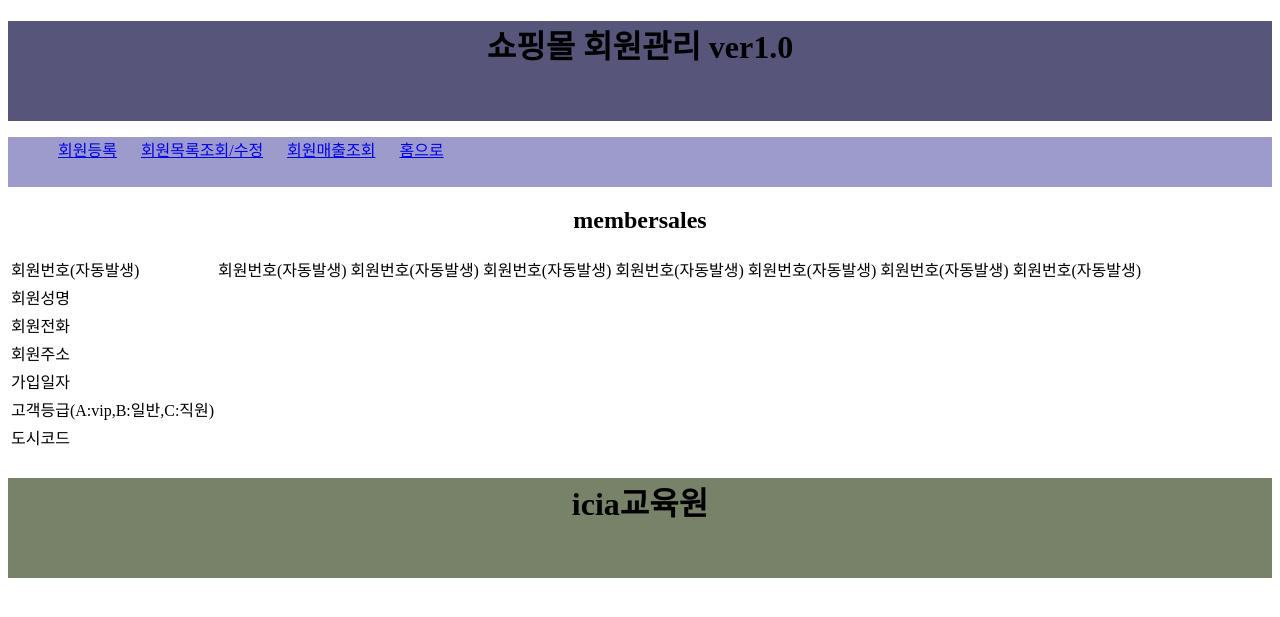
Repository: Kim-seongjun/javastudy2
Page: http://localhost/back_end_test/membersales
These files come from the project's save history. The page is drawn as it stood at one moment and after the next save; the edit follows.
The browser window is 1280 px wide. The pictures show the whole page.
The page is served by Tomcat 9. Other server files are loaded and not shown.

Above is the page before, as saved 2020-01-22 05:57:35.

### back_end_test/WebContent/membersales.jsp
<%@ page language="java" contentType="text/html; charset=UTF-8"
    pageEncoding="UTF-8"%>
<!DOCTYPE html>
<html>
<head>
<meta charset="UTF-8">
<title>Insert title here</title>
<style>
#header {
	background-color: #58557A;
	text-align: center;
	height: 100px;
}
#nav {
	background-color: #9D9BCC;
	height: 50px;
}
#footer {
	text-align: center;
	background-color: #778268;
	height: 100px;
}
</style>
</head>
<body>

<header>
		<div id="header">
			<jsp:include page="header.jsp" />
		</div>
	</header>
	<nav>
		<div id="nav">
			<jsp:include page="nav.jsp" />
		</div>
	</nav>
	<section>
		<div>
			<h1 style="text-align: center;">membersales</h1>
		</div>
		<div id="div_join">
			<form action="#">
				<table>
					<tr>
						<td>회원번호(자동발생)</td>
						<td>회원번호(자동발생)</td>
						<td>회원번호(자동발생)</td>
						<td>회원번호(자동발생)</td>
						<td>회원번호(자동발생)</td>
						<td>회원번호(자동발생)</td>
						<td>회원번호(자동발생)</td>
						<td>회원번호(자동발생)</td>
					</tr>
					<tr>
						<td>회원성명</td>
					</tr>
					<tr>
						<td>회원전화</td>
						<td></td>
					</tr>
					<tr>
						<td>회원주소</td>
					</tr>
					<tr>
						<td>가입일자</td>
					</tr>
					<tr>
						<td>고객등급(A:vip,B:일반,C:직원)</td>
					</tr>
					<tr>
						<td>도시코드</td>
					</tr>
					<tr>
						<td ></td>
					</tr>
				</table>
			</form>
		</div>
	</section>
	<footer>
		<div id="footer">
			<jsp:include page="footer.jsp" />
		</div>
	</footer>
</body>
</html>

### back_end_test/WebContent/header.jsp
<%@ page language="java" contentType="text/html; charset=UTF-8"
	pageEncoding="UTF-8"%>
<!DOCTYPE html>
<html>
<head>
<meta charset="UTF-8">
<title>Insert title here</title>
<style>
</style>
</head>
<body>
<h1>쇼핑몰 회원관리 ver1.0</h1>
</body>
</html>

### back_end_test/WebContent/nav.jsp
<%@ page language="java" contentType="text/html; charset=UTF-8"
    pageEncoding="UTF-8"%>
<!DOCTYPE html>
<html>
<head>
<meta charset="UTF-8">
<title>Insert title here</title>

</head>
<style>
ul li {
	list-style-type: none;
	display: inline;
	margin: 0px 10px;
}
</style>
<body>
   <div id="div_nav">
      <ul id="list">
         <li><a href="Joinfrm">회원등록</a></li>
         <li><a href="memberlist">회원목록조회/수정</a></li>
         <li><a href="membersales">회원매출조회</a></li>
         <li><a href="index">홈으로</a></li>
      </ul>
   </div>
</body>
</html>

### back_end_test/WebContent/footer.jsp
<%@ page language="java" contentType="text/html; charset=UTF-8"
	pageEncoding="UTF-8"%>
<!DOCTYPE html>
<html>
<head>
<meta charset="UTF-8">
<title>Insert title here</title>
</head>
<body>
	<h1>icia교육원</h1>
</body>
</html>

### back_end_test/src/com/icia/open/Controller/Home.java
package com.icia.open.Controller;

import java.io.IOException;

import javax.servlet.RequestDispatcher;
import javax.servlet.ServletException;
import javax.servlet.annotation.WebServlet;
import javax.servlet.http.HttpServlet;
import javax.servlet.http.HttpServletRequest;
import javax.servlet.http.HttpServletResponse;

import com.icia.open.Bean.Forward;
import com.icia.open.DAO.MemberDao;
import com.icia.open.service.MemberMM;

/**
 * Servlet implementation class Home
 */

@WebServlet({ "/Joinfrm","/memberlist","/membersales","/index" })

public class Home extends HttpServlet {
	private static final long serialVersionUID = 1L;

	protected void doProcess(HttpServletRequest request, HttpServletResponse response)
			throws ServletException, IOException {
		request.setCharacterEncoding("utf-8");
		String cmd = request.getServletPath();
		System.out.println("cmd = " + cmd);
		Forward fw = new Forward();
		MemberMM mm = new MemberMM(request, response);
		MemberDao md = new MemberDao();

		switch (cmd) {
		case "/Joinfrm":
			fw = mm.Joinfrm();
			break;
		case "/index":
			fw = mm.index();
			break;
		case "/memberlist":
			fw = mm.memberlist();
			break;
		case "/membersales":
			fw = mm.membersales();
			break;
		}
		if(fw!=null) {
	         if(fw.isRedirect()) {
	            response.sendRedirect(fw.getPath());
	         }
	         else {
	            RequestDispatcher dis=request.getRequestDispatcher(fw.getPath());
	            dis.forward(request, response);
	         }
	      }
	}

	protected void doGet(HttpServletRequest request, HttpServletResponse response)
			throws ServletException, IOException {
		doProcess(request, response);
	}

	protected void doPost(HttpServletRequest request, HttpServletResponse response)
			throws ServletException, IOException {
		doProcess(request, response);
	}

}

### back_end_test/src/com/icia/open/Bean/Forward.java
package com.icia.open.Bean;

public class Forward {
	private String path;
	private boolean isRedirect;

	public String getPath() {
		return path;
	}

	public void setPath(String path) {
		this.path = path;
	}

	public boolean isRedirect() {
		return isRedirect;
	}

	public void setRedirect(boolean isRedirect) {
		this.isRedirect = isRedirect;
	}
}

### back_end_test/src/com/icia/open/service/MemberMM.java
package com.icia.open.service;

import javax.servlet.http.HttpServletRequest;
import javax.servlet.http.HttpServletResponse;

import com.google.gson.Gson;
import com.icia.open.Bean.Forward;
import com.icia.open.Bean.Member;
import com.icia.open.DAO.MemberDao;

public class MemberMM {
	HttpServletRequest request;
	HttpServletResponse response;

	public MemberMM(HttpServletRequest request, HttpServletResponse response) {
		// TODO Auto-generated constructor stub
	}

	public Forward index() {
		Forward fw = new Forward();
		fw.setPath("index.jsp");
		fw.setRedirect(false);
		return fw;

	}

	public Forward Joinfrm() {
		Forward fw = new Forward();
		MemberDao mDao = new MemberDao();
		Member mb = mDao.joinfrm();
		System.out.println("가져온다"+mb.getCustno());

		request.setAttribute("custno", mb.getCustno());

		fw.setPath("Joinfrm.jsp");
		fw.setRedirect(false);
		return fw;
	}

	public Forward memberlist() {
		Forward fw = new Forward();
		MemberDao mDao = new MemberDao();
		fw.setPath("memberlist.jsp");
		fw.setRedirect(false);
		return fw;
	}

	public Forward membersales() {
		Forward fw = new Forward();
		MemberDao mDao = new MemberDao();
		fw.setPath("membersales.jsp");
		fw.setRedirect(false);
		return fw;
	}

}

### back_end_test/src/com/icia/open/DAO/MemberDao.java
package com.icia.open.DAO;

import java.sql.Connection;
import java.sql.PreparedStatement;
import java.sql.ResultSet;
import java.sql.SQLException;

import com.icia.open.Bean.Member;

public class MemberDao {
	Connection con;
	PreparedStatement pstmt;
	ResultSet rs;

	public MemberDao() {
		con = JdbcUtil.getConnection();
	}

	public void close() {
		JdbcUtil.close(rs, pstmt, con);
	}

	public Member joinfrm() {
		String sql = "SELECT ROWNUM,CUSTNO FROM MEMBER WHERE ROWNUM=1 ORDER BY custno DESC";
		try {
			pstmt=con.prepareStatement(sql);
			rs=pstmt.executeQuery();
			Member mb = new Member();
			if(rs.next()) {
				mb.setCustno(rs.getInt("custno")+1);
				System.out.println("custno = "+rs.getInt("custno"));
			}
			return mb;

		} catch (SQLException e) {
			System.out.println("조인 예외");
			e.printStackTrace();
		}
		return null;
	}
}

### back_end_test/src/com/icia/open/DAO/JdbcUtil.java
package com.icia.open.DAO;
import java.sql.Connection;
import java.sql.DriverManager;
import java.sql.PreparedStatement;
import java.sql.ResultSet;
import java.sql.SQLException;

//디비접속, 디비종료, TX(commit, rollback....)
public class JdbcUtil {

	static { // 초기화 1번만
		try {
			Class.forName("oracle.jdbc.driver.OracleDriver");
		} catch (ClassNotFoundException cne) {
			System.out.println("드라이버 로딩 실패");
			cne.printStackTrace();
		}
	} // static End

	public static Connection getConnection() { //db접속
		Connection con=null;
		try {
			con = DriverManager.getConnection("jdbc:oracle:thin:@localhost:1521:xe", "ICIA2", "1111");
			System.out.println("DB접속 성공");
			//con.setAutoCommit(false);  //트랜잭션 처리시 수동 커밋
		} catch (SQLException e) {
			System.out.println("DB접속 실패");
			e.printStackTrace();
		}
		return con;
	}//getConnection() End

	public static void close(ResultSet rs, PreparedStatement pstmt, Connection con) {
		try {
			if (rs != null)
				rs.close();
			if (pstmt != null)
				pstmt.close();
			if (con != null)
				con.close();

		} catch (SQLException e) {
			System.out.println("close 에러");
			e.printStackTrace();
		}
		System.out.println("close Ok");
	} //close() End

	public static void commit(Connection con) {
		try {
		con.commit();
	} catch (Exception e) {
		e.printStackTrace();
	}

	}  // commit() End



	public static void rollback(Connection con) {
		try {
			con.rollback();
		} catch (Exception e) {
		}

	}//rollback() End




}//class End

After the next save:
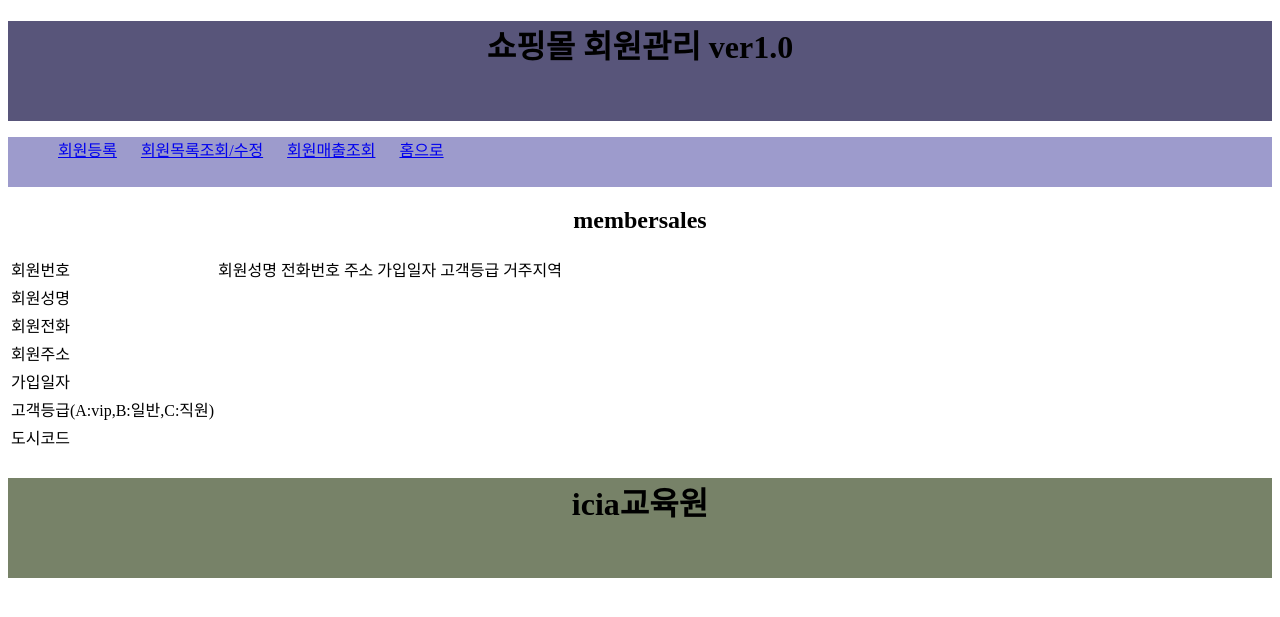
Saved 108 s later.
--- a/back_end_test/WebContent/membersales.jsp
+++ b/back_end_test/WebContent/membersales.jsp
@@ -42,14 +42,13 @@
 			<form action="#">
 				<table>
 					<tr>
-						<td>회원번호(자동발생)</td>
-						<td>회원번호(자동발생)</td>
-						<td>회원번호(자동발생)</td>
-						<td>회원번호(자동발생)</td>
-						<td>회원번호(자동발생)</td>
-						<td>회원번호(자동발생)</td>
-						<td>회원번호(자동발생)</td>
-						<td>회원번호(자동발생)</td>
+						<td>회원번호</td>
+						<td>회원성명</td>
+						<td>전화번호</td>
+						<td>주소</td>
+						<td>가입일자</td>
+						<td>고객등급</td>
+						<td>거주지역</td>
 					</tr>
 					<tr>
 						<td>회원성명</td>
